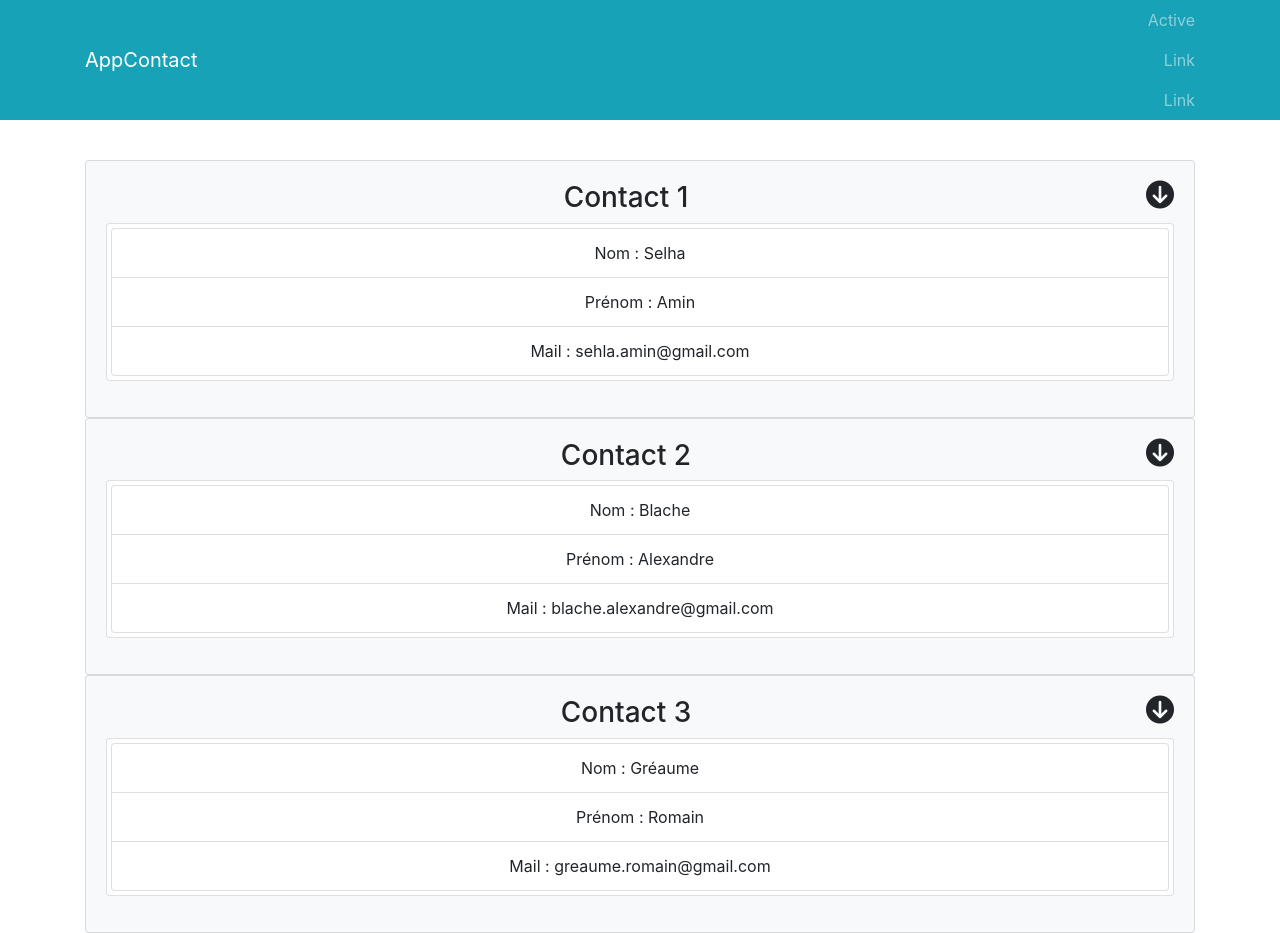
Repository: romgrm/appContact
Page: /
The author's editor kept a copy of each file at every save. The page is drawn from the files as they stood at one save, then again after a run of saves.
The browser window is 1280 px wide. The pictures show the whole page.
Some web libraries are served in a nearby version. The project was rebuilt for these pictures with package versions that can differ from the ones it lists, and the page was loaded fresh each time.

Above is the page before, as saved 2020-12-02 21:26:20.

After the next 2 saves:
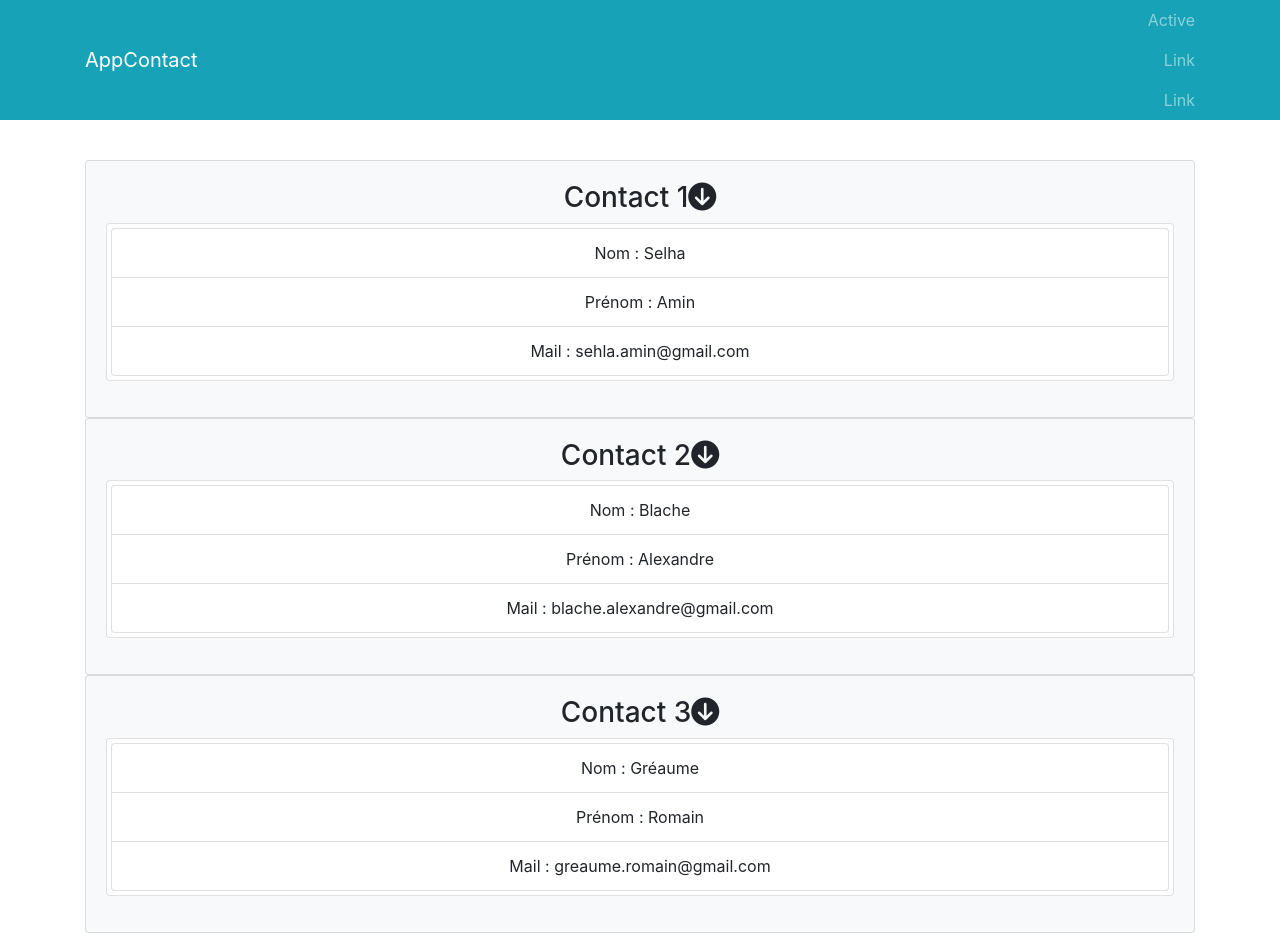
The 2 saves are shown as one change because they came seconds apart.
The last was saved 16 s later.
--- a/src/Components/Contact.js
+++ b/src/Components/Contact.js
@@ -4,7 +4,7 @@ export default class Contact extends Component {
     render() {
         return (
             <div className="card card-body bg-light text-center">
-                <p className="h3">{this.props.Contact}<i className="fas fa-arrow-circle-down " style={{float:"right"}}></i></p>
+                <p className="h3">{this.props.Contact}<i className="fas fa-arrow-circle-down "></i></p>
                 <ul className="card card-body p-1">
                     <li className="list-group-item"> Nom : {this.props.Nom}</li>
                     <li className="list-group-item"> Prénom : {this.props.Prenom}</li>
